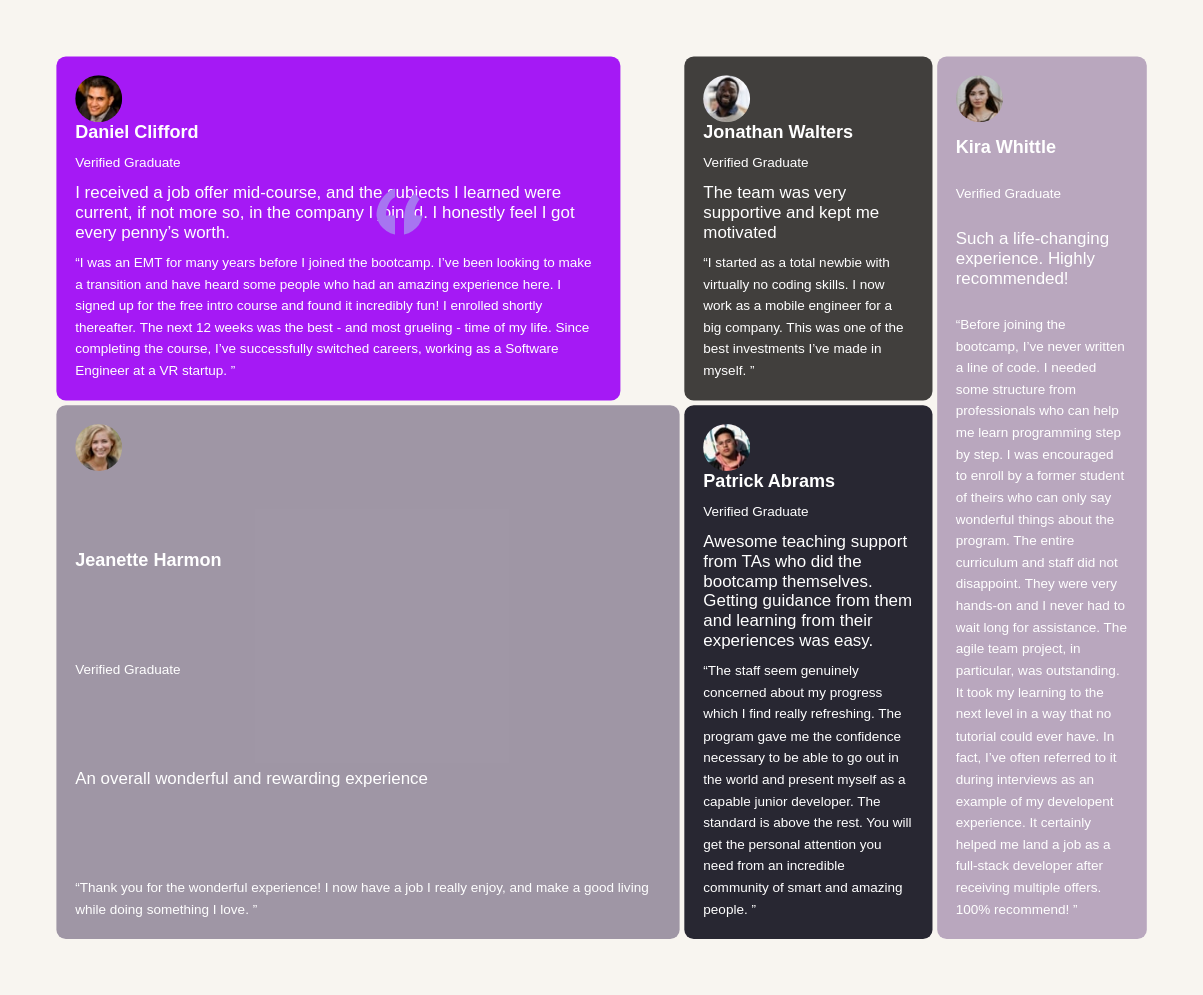
Repository: MagedElRefaey/Grid-Project
Page: Task.html
These files come from the project's save history. The page is drawn as it stood at one moment and after a run of saves; the edit follows.
The browser window is 1280 px wide. The pictures show the whole page, at 94% of full size.

Above is the page before, as saved 2024-09-13 23:41:48.

After the next 2 saves:
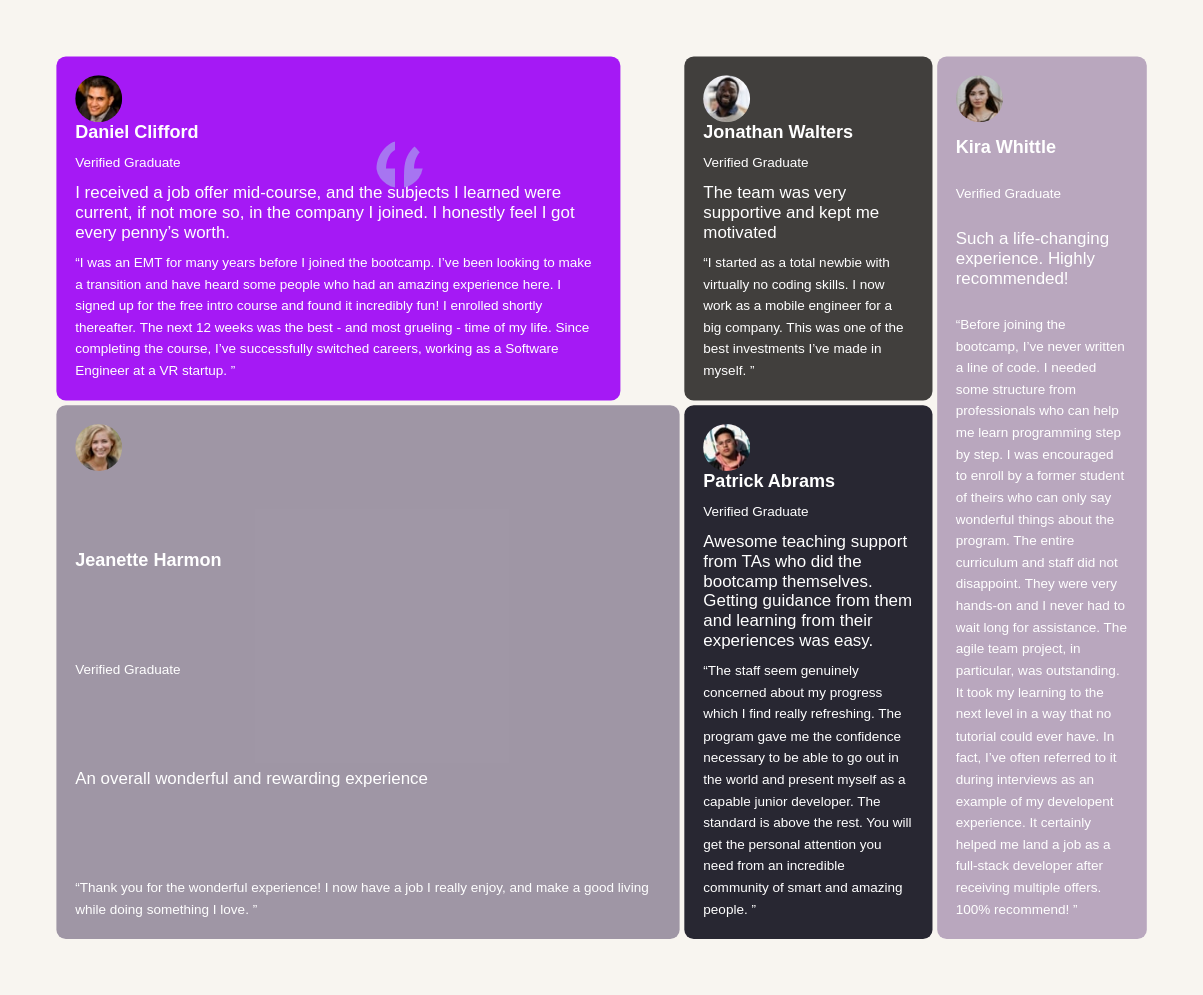
The 2 saves are shown as one change because they came seconds apart.
The last was saved 7 s later.
--- a/Style.css
+++ b/Style.css
@@ -75,7 +75,7 @@ margin: 10px 0;
 .Quotation{
     position: absolute;
     left: 400px;
-    top: 200px;
+    top: 150px;
 }
 
 @media  (max-width<=780px){
